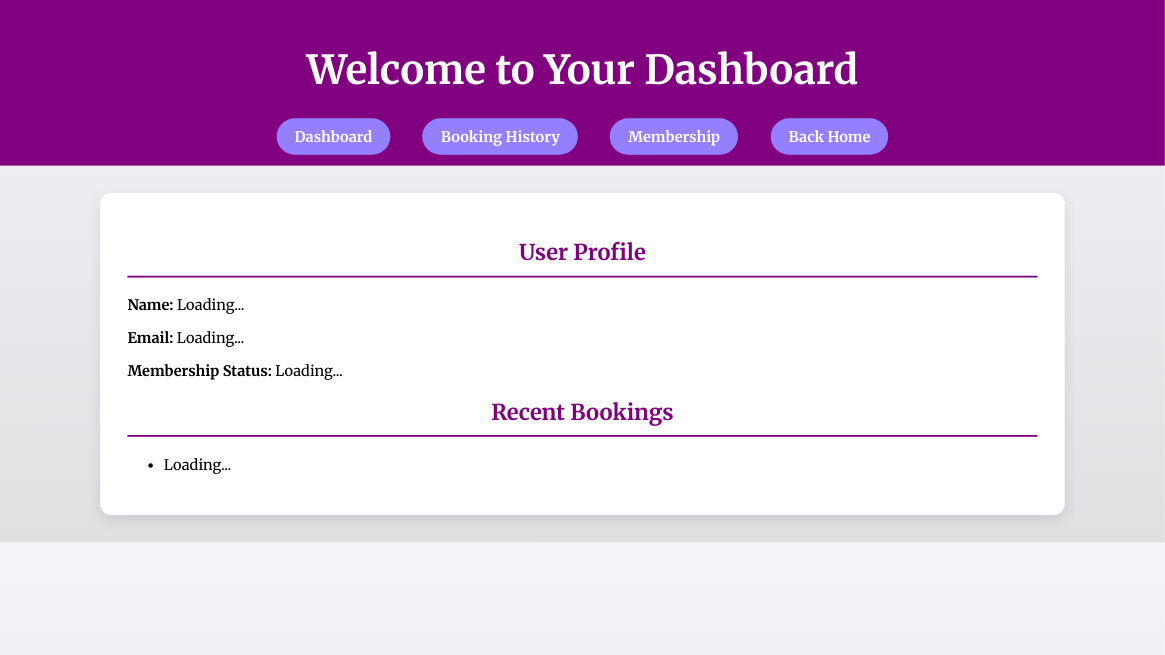
Repository: GHzPhoenix/Project-Odyssey
Page: Frontend/dashboard.html
These files come from the project's save history. The page is drawn as it stood at one moment and after the next save; the edit follows.
The browser window is 1280 px wide. The pictures show the whole page, at 91% of full size.
The page's requests for data from a server got no answer.

Above is the page before, as saved 2025-06-08 10:47:07.
Not found: Frontend/dashboard.js

### Frontend/dashboard.html
<!DOCTYPE html>
<html lang="en">
  <head>
    <meta charset="UTF-8" />
    <meta name="viewport" content="width=device-width, initial-scale=1.0" />
    <title>User Dashboard</title>
    <link rel="stylesheet" href="/Frontend/css/dashboard.css" />
    <link rel="preconnect" href="https://fonts.googleapis.com" />
    <link rel="preconnect" href="https://fonts.gstatic.com" crossorigin />
    <link
      href="https://fonts.googleapis.com/css2?family=Merriweather:wght@300;400;700&display=swap"
      rel="stylesheet"
    />
  </head>
  <body>
    <header>
      <h1>Welcome to Your Dashboard</h1>
      <nav>
        <a href="dashboard.html">Dashboard</a>
        <a href="booking-history.html">Booking History</a>
        <a href="membership-confirmation.html">Membership</a>
        <a href="index.html">Back Home</a>
      </nav>
    </header>

    <main>
      <section class="profile">
        <h2>User Profile</h2>
        <p><strong>Name:</strong> <span id="username">Loading...</span></p>
        <p><strong>Email:</strong> <span id="user-email">Loading...</span></p>
        <p>
          <strong>Membership Status:</strong>
          <span id="membership-status">Loading...</span>
        </p>
      </section>

      <section class="recent-bookings">
        <h2>Recent Bookings</h2>
        <ul id="booking-list">
          <li>Loading...</li>
        </ul>
      </section>
    </main>

    <script src="dashboard.js"></script>
  </body>
</html>

### Frontend/css/dashboard.css
body {
  font-family: "Merriweather", serif;
  background: linear-gradient(to bottom, #f4f4f9, #e0e0e3);
  margin: 0;
  padding: 0;
}

header {
  background-color: purple;
  color: white;
  text-align: center;
  padding: 20px;
  font-size: 22px;
  font-weight: bold;
}

nav {
  margin-top: 15px;
}

nav a {
  color: white;
  text-decoration: none;
  margin: 0 15px;
  font-weight: bold;
  font-size: 1rem;
  padding: 10px 20px;
  border-radius: 20px;
  background-color: #947fff;
  transition: background 0.3s ease-in-out;
}

nav a:hover {
  background-color: #ff6f91;
  color: yellow;
}

.menu-toggle {
  display: none;
  flex-direction: column;
  cursor: pointer;
}

.menu-toggle div {
  width: 28px;
  height: 3px;
  background-color: white;
  margin: 4px 0;
}

@media (max-width: 768px) {
  nav ul {
    flex-direction: column;
    width: 100%;
    display: none;
    background-color: purple;
    margin-top: 10px;
    padding: 10px 0;
  }

  nav ul.active {
    display: flex;
  }

  .menu-toggle {
    display: flex;
  }

  nav ul li {
    width: 100%;
    text-align: center;
  }
}

main {
  max-width: 1000px;
  margin: 30px auto;
  padding: 30px;
  background-color: white;
  border-radius: 12px;
  box-shadow: 0px 5px 15px rgba(0, 0, 0, 0.1);
}

h2 {
  color: purple;
  font-size: 24px;
  margin-bottom: 20px;
  text-align: center;
  border-bottom: 2px solid purple;
  padding-bottom: 10px;
}

.dashboard-section {
  margin: 20px 0;
  padding: 20px;
  background-color: #f9f9ff;
  border-radius: 10px;
  box-shadow: 0px 2px 8px rgba(0, 0, 0, 0.1);
}

.dashboard-section h3 {
  font-size: 20px;
  color: purple;
  margin-bottom: 10px;
}

.dashboard-section p {
  font-size: 16px;
  color: #555;
}

.button {
  background-color: purple;
  color: white;
  padding: 10px 18px;
  border-radius: 25px;
  text-decoration: none;
  display: inline-block;
  margin-top: 15px;
  font-weight: bold;
  transition: background 0.3s ease-in-out;
}

.button:hover {
  background-color: #ff3b72;
}

footer {
  background-color: purple;
  color: white;
  text-align: center;
  padding: 20px;
  margin-top: 40px;
}

@media (max-width: 768px) {
  main {
    margin: 20px;
    padding: 20px;
  }
}

Loaded but not shown: Frontend/css/style.css (979 lines, source omitted)

After the next save:
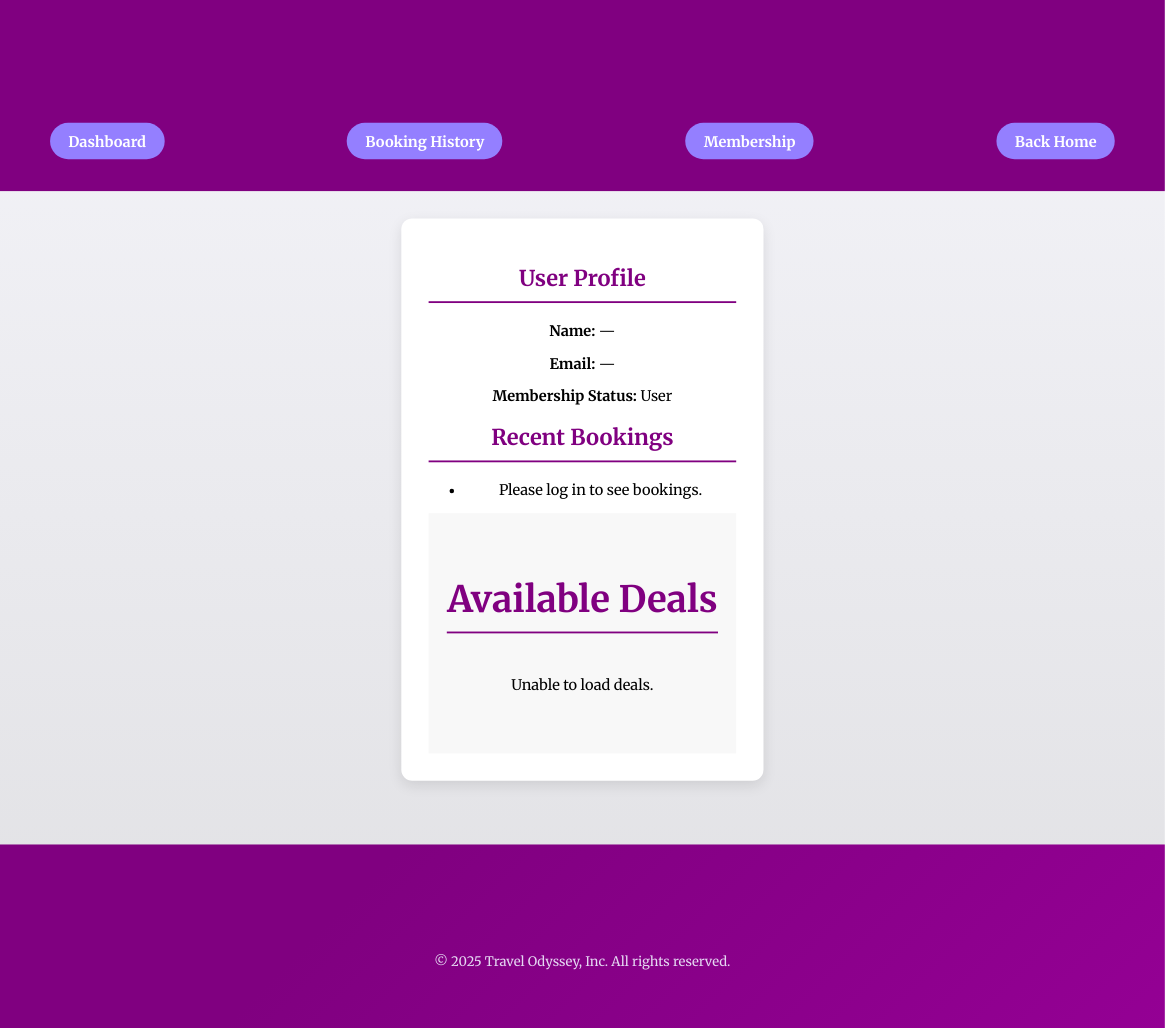
Saved 2 min 27 s later.
--- a/Frontend/dashboard.html
+++ b/Frontend/dashboard.html
@@ -4,6 +4,7 @@
     <meta charset="UTF-8" />
     <meta name="viewport" content="width=device-width, initial-scale=1.0" />
     <title>User Dashboard</title>
+    <link rel="stylesheet" href="/Frontend/css/style.css" />
     <link rel="stylesheet" href="/Frontend/css/dashboard.css" />
     <link rel="preconnect" href="https://fonts.googleapis.com" />
     <link rel="preconnect" href="https://fonts.gstatic.com" crossorigin />
@@ -24,6 +25,7 @@
     </header>
 
     <main>
+      <!-- PROFILE -->
       <section class="profile">
         <h2>User Profile</h2>
         <p><strong>Name:</strong> <span id="username">Loading...</span></p>
@@ -34,14 +36,145 @@
         </p>
       </section>
 
+      <!-- RECENT BOOKINGS -->
       <section class="recent-bookings">
         <h2>Recent Bookings</h2>
         <ul id="booking-list">
           <li>Loading...</li>
         </ul>
       </section>
+
+      <!-- AVAILABLE DEALS -->
+      <section class="trending-deals">
+        <h2>Available Deals</h2>
+        <div class="deals-container" id="deals-container">
+          <!-- JS will inject cards here -->
+        </div>
+        <p id="no-deals" class="no-deals" style="display: none">
+          No deals available right now.
+        </p>
+      </section>
     </main>
 
-    <script src="dashboard.js"></script>
+    <footer class="footer">
+      <!-- same footer as index.html -->
+      <div class="footer-container">
+        <!-- … your existing footer sections … -->
+      </div>
+      <div class="footer-bottom">
+        <p>© 2025 Travel Odyssey, Inc. All rights reserved.</p>
+      </div>
+    </footer>
+
+    <script>
+      function toggleMenu() {
+        document.querySelector("nav ul").classList.toggle("active");
+      }
+
+      async function loadDashboard() {
+        // 1) Populate user info
+        const token = localStorage.getItem("token");
+        const user = JSON.parse(localStorage.getItem("user") || "{}");
+        document.getElementById("username").textContent = user.name || "—";
+        document.getElementById("user-email").textContent = user.email || "—";
+        document.getElementById("membership-status").textContent =
+          user.role === "admin" ? "Admin" : "User";
+
+        // 2) Fetch & render previous bookings
+        const bookingList = document.getElementById("booking-list");
+        bookingList.innerHTML = "";
+        if (token) {
+          try {
+            const res = await fetch("http://127.0.0.1:5001/api/bookings", {
+              headers: { Authorization: "Bearer " + token },
+            });
+            if (!res.ok) throw new Error("No bookings found");
+            const bookings = await res.json();
+            if (bookings.length === 0) {
+              bookingList.innerHTML = "<li>You have no previous bookings.</li>";
+            } else {
+              bookings.forEach((b) => {
+                const li = document.createElement("li");
+                // assume b.destination and b.start_date/end_date exist
+                const start = new Date(b.start_date).toLocaleDateString();
+                const end = new Date(b.end_date).toLocaleDateString();
+                li.textContent = `${b.destination} — ${start} to ${end}`;
+                bookingList.appendChild(li);
+              });
+            }
+          } catch (err) {
+            console.error("Booking history error:", err);
+            bookingList.innerHTML = "<li>Could not load booking history.</li>";
+          }
+        } else {
+          bookingList.innerHTML = "<li>Please log in to see bookings.</li>";
+        }
+
+        // 3) Fetch & render available deals
+        const dealsContainer = document.getElementById("deals-container");
+        const noDealsMsg = document.getElementById("no-deals");
+        dealsContainer.innerHTML = "";
+        try {
+          const res = await fetch("http://127.0.0.1:5001/api/deals");
+          if (!res.ok) throw new Error("Failed to fetch deals");
+          const deals = await res.json();
+          if (deals.length === 0) {
+            noDealsMsg.style.display = "block";
+          } else {
+            noDealsMsg.style.display = "none";
+            deals.forEach((deal) => {
+              const card = document.createElement("div");
+              card.className = "deal-card";
+
+              const img = document.createElement("img");
+              img.src = deal.image_url;
+              img.alt = deal.name;
+              card.appendChild(img);
+
+              const body = document.createElement("div");
+              body.className = "deal-card-body";
+
+              const h3 = document.createElement("h3");
+              h3.textContent = deal.name;
+              body.appendChild(h3);
+
+              const sub = document.createElement("p");
+              sub.textContent = `${deal.location} — ${deal.activities}`;
+              body.appendChild(sub);
+
+              const dates = document.createElement("p");
+              const s = new Date(deal.start_date).toLocaleDateString("en-US", {
+                month: "short",
+                day: "numeric",
+                year: "numeric",
+              });
+              const e = new Date(deal.end_date).toLocaleDateString("en-US", {
+                month: "short",
+                day: "numeric",
+                year: "numeric",
+              });
+              dates.textContent = `${s} – ${e}`;
+              body.appendChild(dates);
+
+              // Book Now button
+              const btn = document.createElement("a");
+              btn.className = "btn-primary card-button";
+              btn.href = `booking.html?deal=${deal.id}`;
+              btn.textContent = "Book Now";
+              body.appendChild(btn);
+
+              card.appendChild(body);
+              dealsContainer.appendChild(card);
+            });
+          }
+        } catch (err) {
+          console.error("Deals load error:", err);
+          dealsContainer.innerHTML =
+            "<p class='no-deals'>Unable to load deals.</p>";
+        }
+      }
+
+      window.addEventListener("DOMContentLoaded", loadDashboard);
+    </script>
   </body>
 </html>
